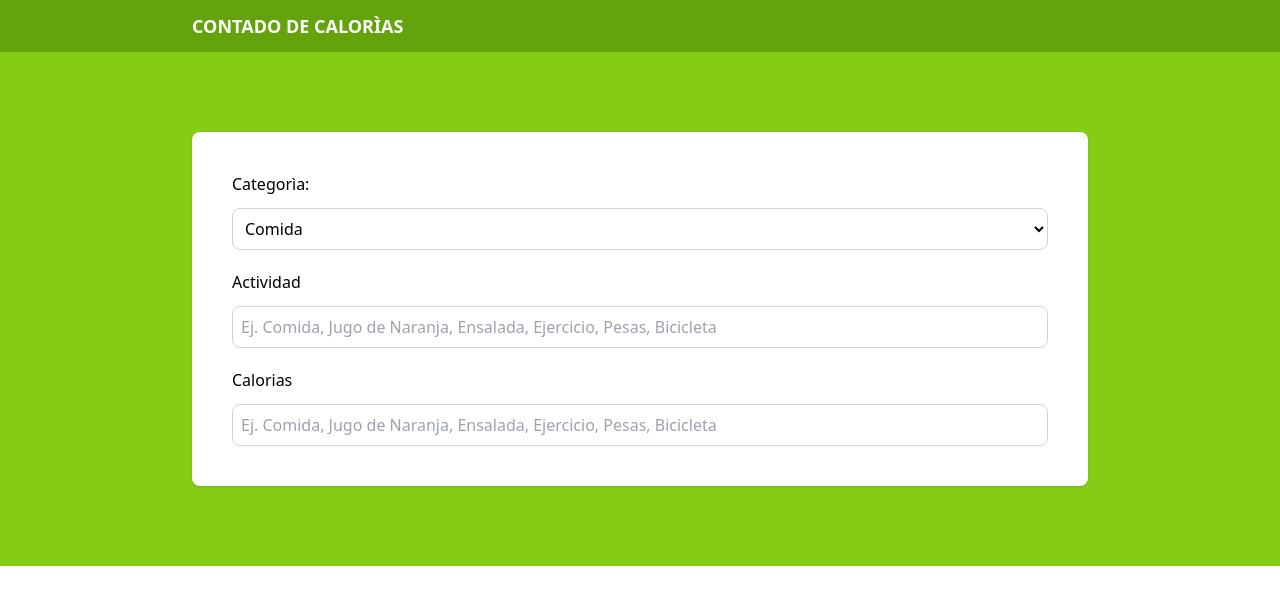
Repository: Matiiu/calorie-tracker
Page: /
The author's editor kept a copy of each file at every save. The page is drawn from the files as they stood at one save, then again after the next save.
The browser window is 1280 px wide. The pictures show the whole page.
The project was rebuilt for these pictures with package versions that can differ from the ones it lists, and the page was loaded fresh each time. Also part of the build but not shown: vite.config.ts.

Above is the page before, as saved 2024-03-30 22:45:49.

### index.html
<!doctype html>
<html lang="en">
  <head>
    <meta charset="UTF-8" />
    <link rel="icon" type="image/svg+xml" href="/vite.svg" />
    <meta name="viewport" content="width=device-width, initial-scale=1.0" />
    <title>Contador de Calorías - React</title>
  </head>
  <body>
    <div id="root"></div>
    <script type="module" src="/src/main.tsx"></script>
  </body>
</html>

### src/App.tsx
import Header from "./components/Header";
import Form from "./components/Form";
export default function App() {
  return (
    <>
      <Header />

      <section className="bg-lime-500 py-20 px-5">
        <div className="max-w-4xl mx-auto">
          <Form />
        </div>
      </section>
    </>
  );
}

### src/components/Header.tsx
export default function Header() {
  return (
    <header className="bg-lime-600 py-3">
      <div className="max-w-4xl mx-auto flex justify-between">
        <h1 className="text-center text-lg font-bold text-white uppercase">
          Contado de Calorìas
        </h1>
      </div>
    </header>
  );
}

### src/components/Form.tsx
import { categories } from "../data/categories";

export default function Form() {
  return (
    <form className="space-y-5 bg-white shadow p-10 rounded-lg">
      <div className="grid grid-cols-1 gap-3">
        <label htmlFor="category">Categorìa:</label>
        <select
          name="category"
          id="category"
          className="border border-slate-300 p-2 rounded-lg w-full bg-white"
        >
          {categories.map((category) => (
            <option key={category.id} value={category.id}>
              {category.name}
            </option>
          ))}
        </select>
      </div>

      <div className="grid grid-cols-1 gap-3">
        <label htmlFor="activity">Actividad</label>
        <input
            id="activity"
            name="activity"
            type="text"
            className="border border-slate-300 p-2 rounded-lg"
            placeholder="Ej. Comida, Jugo de Naranja, Ensalada, Ejercicio, Pesas, Bicicleta"
        />
      </div>

      <div className="grid grid-cols-1 gap-3">
        <label htmlFor="calories">Calorias</label>
        <input
            id="calories"
            name="calories"
            type="text"
            className="border border-slate-300 p-2 rounded-lg"
            placeholder="Ej. Comida, Jugo de Naranja, Ensalada, Ejercicio, Pesas, Bicicleta"
        />
      </div>
    </form>
  );
}

### src/data/categories.ts
import { Category } from "../types";

export const categories: Category[] = [
  { id: 1, name: "Comida" },
  { id: 2, name: "Ejercicio" },
];

Loaded but not shown: src/main.tsx (common file); src/index.css (common file); tailwind.config.js (common file)

After the next save:
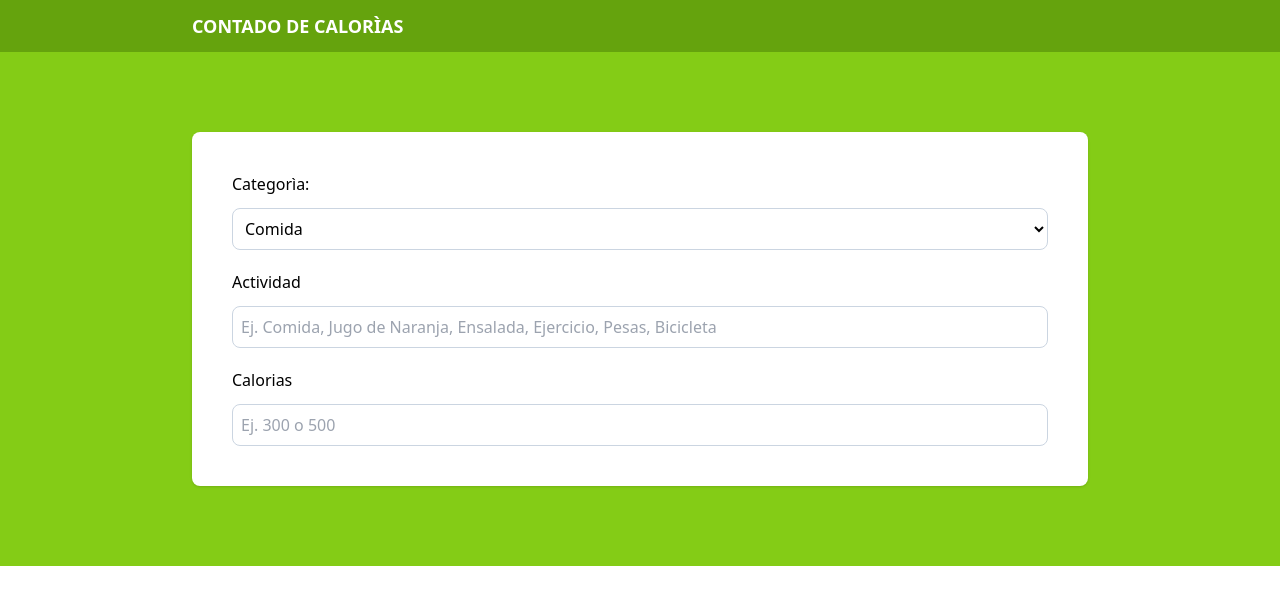
Saved 24 s later.
--- a/src/components/Form.tsx
+++ b/src/components/Form.tsx
@@ -36,7 +36,7 @@ export default function Form() {
             name="calories"
             type="text"
             className="border border-slate-300 p-2 rounded-lg"
-            placeholder="Ej. Comida, Jugo de Naranja, Ensalada, Ejercicio, Pesas, Bicicleta"
+            placeholder="Ej. 300 o 500"
         />
       </div>
     </form>
